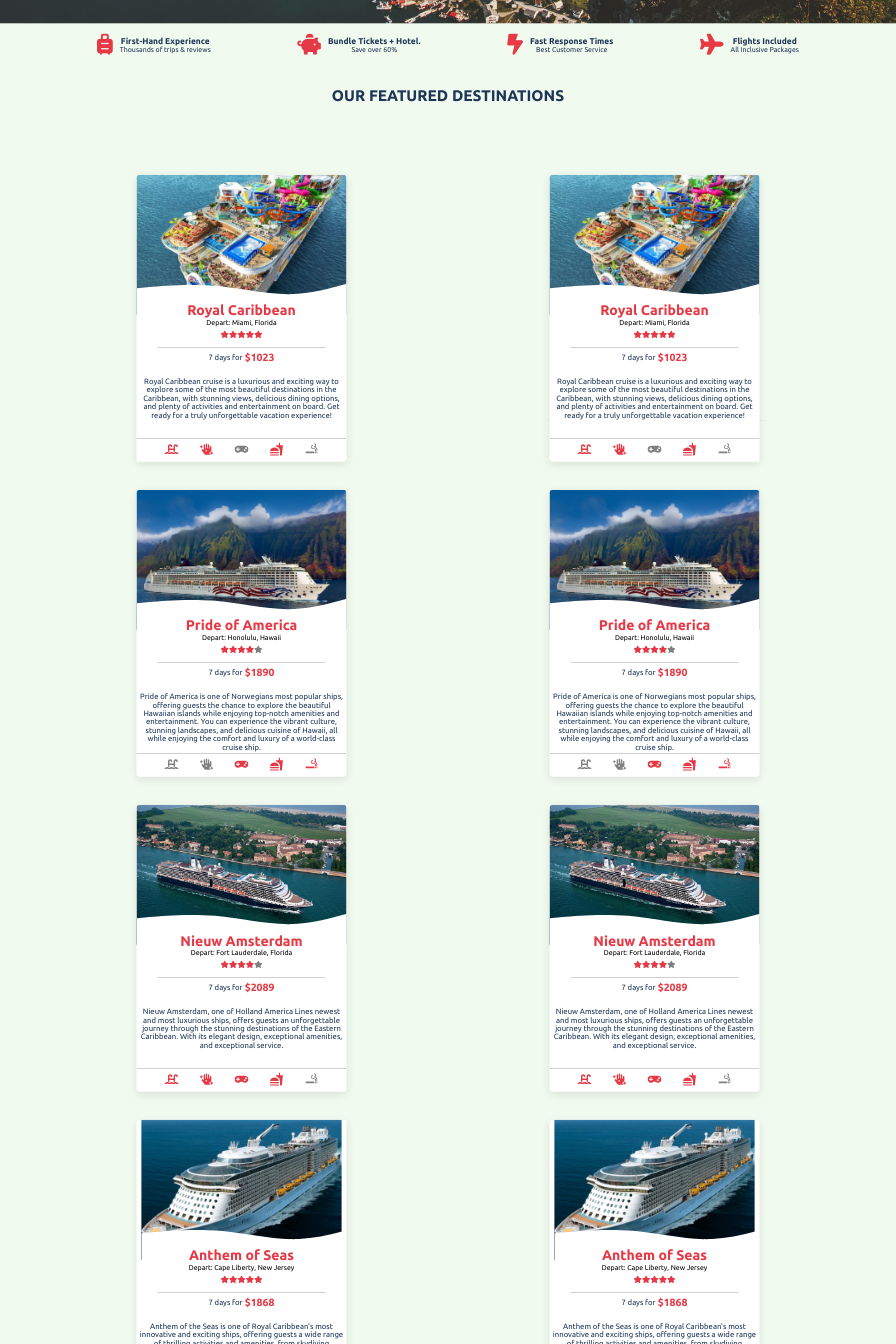
Repository: DevAntonioRogers/Tripper-react-site
Page: /
These files come from the project's save history. The page is drawn as it stood at one moment and after a run of saves; the edit follows.
The browser window is 1280 px wide. The pictures show the part of the page from y = 744 to 2664 px (the page is 6047 px tall before and 4137 px after), at 70% of full size.
Some web libraries are served in a nearby version. The project was rebuilt for these pictures with package versions that can differ from the ones it lists, and the page was loaded fresh each time. Also part of the build but not shown: src/components/Modals/SignupModal.js, src/components/HomeComponents/FeaturedDestinations/FeaturedCard.js, src/components/DestinationComponents/DestinationGrid/destinationGrid.css, src/components/DestinationComponents/DestinationGrid/Destination.js, src/components/DestinationComponents/DestinationGrid/DestinationList.js, src/components/DestinationComponents/DestinationsBottom/DestinationsBottom.css, src/components/DestinationComponents/DestinationsBottom/DestinationsBottom.js, src/Layout/DestinationsHero/DestinationsHero.module.css and 38 more.

Above is the page before, as saved 2023-05-16 11:43:07.

### src/App.css
@import url('https://fonts.googleapis.com/css2?family=Ubuntu:ital,wght@0,400;0,500;0,700;1,700&display=swap');

:root{

  /* Colors */
  --primary-color : #e63946;
  --primary-light: #f1faee;
  --primary-dark: #1d3557;

  --secondary-color: #457b9d;
  --secondary-light: #a8dadc;

  --white: #fff;
  --black: #000;

  /* Shadows */

  --textshadow-dark: 2px 4px 3px rgba(0,0,0,0.3);
  --textshadow-heavy: 1px 1px 2px rgba(0,0,0,0.6);

  --boxshadow-light: rgba(0, 0, 0, 0.1) 0px 4px 12px;
  --boxshadow-medium: rgba(0, 0, 0, 0.24) 0px 3px 8px;
  --boxshadow-dark: rgba(0, 0, 0, 0.25) 0px 54px 55px, rgba(0, 0, 0, 0.12) 0px -12px 30px, rgba(0, 0, 0, 0.12) 0px 4px 6px, rgba(0, 0, 0, 0.17) 0px 12px 13px, rgba(0, 0, 0, 0.09) 0px -3px 5px;


  /* Transitions */

  --transition-1: 0.3s ease-in;


  /* Padding */

  --button-padding: 0.5rem 2rem;

}

*
{
  padding: 0;
  margin: 0;
  box-sizing: border-box;
  font-family: 'Ubuntu', sans-serif;
  scroll-behavior: smooth;
}

body{
  background-color: #f1faee;
  height: 100%;
  overflow: hidden;
}

html{
  font-size: 62.5%;
  height: 100%;
}

a{
  text-decoration: none;
}



li{
  list-style: none;
}

.hero{
  width: 100%;
  height: 100vh;
  position: relative;
  object-fit: cover;
  z-index: 3;
}

.logo i {
  margin-right: 3px;
  color: #e63946;
}
.logo{
  font-size: 2.4rem;
  font-weight: 700;
  text-transform: uppercase;
  color: #457b9d;
  margin-right: auto;
}

.logo a:visited{
  color: inherit;
}

### src/components/Navbar/Navbar.css
.nav-container{
  display: flex;
  align-items: center;
  padding: 1.5rem 1rem;
  background-color: var(--primary-light);
  top: 0;
  left: 0;
  right: 0;
  z-index: 999999;
}

.mobile-icon{
  display: none;
}

.mobile-btn-container{
  display: none;
}

.nav-menu{
  display: flex;
  align-items: center;
  justify-content: space-between;
  flex: 2;


  /* gap: 5rem; */
}

.nav-menu ul{
  display: flex;
  align-items: center;
  margin: 0 auto;
}

.nav-link.active{
  color: var(--primary-color);
}

.nav-link{
  margin-left: 3rem;
  font-size: 1.5rem;
  color: var(--primary-dark);
}

.nav-menu i {
  margin-right: 3px;
}

.btn-container{
  display: flex;
  gap: 1rem;
  align-items: center;

}

.nav-btn-container{
  display: flex;
  gap: 1rem;
}

/* MEDIA QUERIES */

@media only screen and (max-width: 800px){
  .nav-menu{
    position: absolute;
    top: 5.7rem;
    flex-direction: column;
    width: 100%;
    background-color: var(--primary-light);
    height: 100vh;
    right: 100%;
    transition: all 0.3s ease-in-out;
    z-index: 9;
    justify-content: flex-start;
    gap: 5rem;
  }

  .nav-menu ul{
    flex-direction: column;
  }

  .nav-menu li{
    margin-top: 5rem;
  }


  .nav-link{
    margin-left: 0;
  }

  .nav-menu.active{
    right: 0;
  }

  .mobile-icon{
    display: block;
    font-size: 2rem;
  }

  .btn-container{
    display: none;
  }

  .mobile-btn-container{
    margin-top: 3rem;
    display: block;
    display: flex;
    gap: 3rem;
  }

  .form-text-area{
    grid-column: span 2;
  }


}

### src/components/HomeComponents/FeaturedDestinations/FeaturedList.js
import FeaturedCard from "./FeaturedCard"
import CruiseCards from "../../../Layout/CruisesCards/CruiseCards"
import { selectFeatured } from "../../../shared/Data"
import { motion, useAnimation, useInView } from "framer-motion"
import { useEffect, useRef } from "react"



const FeaturedList = () => {
  const featured = selectFeatured()
  const ref = useRef(null)
  const isInView = useInView(ref)
  const animation = useAnimation()

  useEffect(() => {
    if (isInView) {
      animation.start({
        x: 0,
        opacity: 1,
        transition: { type: 'spring', duration: 1, bounce: 0.2 }
      })
    }
    if (!isInView) {
      animation.start({
        x: '-100vw',
        opacity: 0
      })
    }
  })

  return (
    <div>


      <h1 className="featured-heading">Our Featured Destinations</h1>
      <div ref={ref} className="featured-container">

        {featured.map((featured) => {
          return (
            <motion.div
              animate={animation} className="card-featured-container" key={featured.id}>
              <CruiseCards firstCards={4} />
            </motion.div>
          )
        })}

      </div>
    </div>
  )

}

export default FeaturedList

### src/UI/Buttons/LoginBtn.css
.login-btn{
  background-color: #e63946;
  padding: 0.5rem 1.5rem;
  color: white;
  border-radius: 10px;
  font-size: 1.2rem;
  transition: 0.5s;
}

.login-btn:hover{
  transform: translateY(-1px);
  box-shadow: 0 14px 28px rgba(0,0,0,0.25)
}

### src/UI/Buttons/SignUpBtn.css
.signup-btn{
  background-color: #457b9d;
  padding: 0.5rem 1.5rem;
  color: white;
  border-radius: 10px;
  font-size: 1.2rem;
  transition: 0.5s;
}

.signup-btn:hover{
  transform: translateY(-1px);
  box-shadow: 0 14px 28px rgba(0,0,0,0.25)
}

### src/components/HomeComponents/BottomHero/BottomHero.css
.bottom-hero--container{
  display: flex;
  width: 100%;
  justify-content: space-evenly;
  align-items: center;
  background-color: #f1faee;
  padding: 1.5rem;
}

.bottom-hero--inner{
  display: flex;
}

.bottom-hero--text{
  display: flex;
  flex-direction: column;
  align-items: center;
  justify-content: center;
  color: #1d3557;
}

.bottom-hero--text p:nth-child(1){
  font-weight: 600;
  font-size: 1.2rem;
}

.bottom-hero--text p:nth-child(2){
  font-size: 1rem;
}


.bottom-hero--inner i {
  font-size: 3rem;
  margin-right: 1rem;
  color: #e63946;
}

@media only screen and (max-width: 700px){
  .bottom-hero--container{
    flex-direction: column;
    align-items: center;
  }

  .bottom-hero--text{
    flex-direction: row;
    align-items: flex-end;
    gap:0.5rem;
  }

  .bottom-hero--inner{
    padding: 2rem 0;
    box-shadow: 0px 35px 2px -34px rgba(0,0,0,0.84);
    width: 100%;
    align-items: center;
    justify-content: center;
  }

 .bottom-hero--inner i {
    font-size: 3rem;
    margin-right: 1rem;
    color: #e63946;
  }
}

@media only screen and (min-width:701px) and (max-width:800px){

}

### src/components/HomeComponents/Parallax Image/Parallex.css
 .parallax-container {
  width: 100%;
  height:75vh;
  background: url("../../../../src/assets/parallex.jpeg");
  background-size: cover;
  position: relative;
}

.parallax-mask{
    mask:url("../../../../src/assets/parallex-mask.png");
    mask-size: cover;
    -webkit-mask:url("../../../../src/assets/parallex-mask.png");
    -webkit-mask-size:cover;
    width:100%;
    height:100%;


}
.parallax-heading{
  font-size: 100px;
  color: white;
  position: fixed;
  text-transform: uppercase;
  top:20vh;
  width:100%;
  left: 50px;
  text-align: left;
  text-shadow: 1px 1px 10px rgba(0,0,0,0.1);
}


@media only screen and (max-width: 768px) {
  .parallax-heading{
    text-align: center;
    left: 10px;
  }
}

### src/components/HomeComponents/AppSection/AppSection.css
.app-section-container{
  display: flex;
  width: 100%;
  padding: 3rem;
  align-items: center;
  background-color: #f1faee;
  justify-content: space-around;
}

.app-details-container{
  display: flex;
  align-items: center;
  justify-content: center;
  width: 40%;
}

.app-section-container img{
  width: auto;
  height: 370px;
}

.app-section-inner{
  display: flex;
  flex-direction: column;
  align-items: center;
  text-align: center;
  gap: 1rem;
}

.app-section-inner i{
  background-color: #457b9d;
  box-shadow: rgba(0, 0, 0, 0.24) 0px 3px 8px;
  padding: 1.5rem 2rem;
  color: #e63946;
  font-size: 3rem;
  border-radius: 10px;
  text-shadow: 5px 5px 0px rgba(0,0,0,0.2);
}

.app-section-inner h3{
  font-size: 2rem;
  text-transform: uppercase;
}


.app-section-inner p{
  font-size: 1.2rem;
  margin-bottom: 1rem;
}


.app-badges-container img{
  height: 35px;
}

.app-badges-container{
  display: flex;
  gap: 1rem;
}

@media only screen and (max-width: 850px) {
  .app-section-container{
    flex-direction: column;
    gap: 4rem;
  }

  .app-details-container{
    width: 100%;
  }
}

@media only screen and (min-width:851px) and (max-width:990px) {
  .app-section-container{
    justify-content: space-between;
    padding: 0 6rem;
  }
}

### src/Layout/HomeHero/HomeHero.module.css
.hero__image{
  width: 100%;
  height: 100vh;
  position: relative;
  object-fit: cover;
  z-index: 3;
}

.hero_text_container{
  top: 30%;
  left: 3%;
  position: absolute;
  display: flex;
  flex-direction: column;
  gap: 1rem;
  z-index: 4;
}

.hero_text_container h1{
  font-size: 8rem;
  color: var(--primary-color);
  text-shadow: var(--textshadow-dark);
  padding: 0 2rem;
  border-radius: 10px 5px;
  text-transform: uppercase;
  transition: var(--transition-1)
}

.hero_text_container h1:hover{
  transform: translateY(-5px);
  cursor: pointer;
}

.hero_button_container{
  text-align: center;
  display: flex;
  align-items: center;
  justify-content: center;
  gap: 3rem;
}

.hero_button_container a {
  color: var(--white);
  font-size: 1.9rem;
}

.hero_button_container button:nth-child(1){
  background-color: var(--secondary-color);
  border-radius: 10px;
  border: none;
  box-shadow: var(--boxshadow-dark);
  padding: 0.5rem 2rem;
}

.hero_button_container button:nth-child(2){
  background-color: #e63946;
  border-radius: 10px;
  border: none;
  box-shadow: var(--boxshadow-dark);
  padding: 0.5rem 2rem
}

@media only screen and (max-width: 700px){


  .hero_text_container {
    text-align: center;
    left: 50%;
    top: 55%;
    transform: translate(-50%,-50%);
    gap: 4rem
  }

  .hero_text_container h1{
    margin-bottom: 2rem;
  }


  .hero_button_container{
    flex-direction: column;
    gap: 2.5rem;
  }
}

@media only screen and (min-width:701px) and (max-width:1015px){
  .hero_text_container h1{
    font-size: 5rem;
  }
}

### src/Layout/CruisesCards/CruisesCards.module.css
.card_container {
  margin: 4rem 0;
  /* padding: 3rem; */
  display: flex;
  flex-wrap: wrap;
  align-items: center;
  justify-content: center;
  gap: 4rem;
}

### src/components/Modals/Modals.css
.modal-overlay{
  position: fixed;
  top: 0;
  left: 0;
  width: 100%;
  height: 100%;
  background-color: rgb(0, 0, 0, 0.6);
  z-index: 9999;
}


.modal-container{
  width: 380px;
  height: 300px;
  left: 50%;
  top: 50%;
  transform: translate(-50%,-50%);
  background-color: white;
  position: fixed;
  overflow: hidden;
  border-radius: 10px;
  display: flex;
  flex-direction: column;
}

.modal-container h1{
  text-align: center;
  font-size: 2.2rem;
  text-transform: uppercase;
  color: #e63946;
  margin-top: 1rem;
}

.modal-inner{
  display: flex;
  padding: 3rem;
  flex-direction: column;
  align-items: center;
}


/*************** LOGIN MODAL STYLING ***********/

.login-modal-form{
  display: flex;
  flex-direction: column;
  gap: 3rem;
  width: 100%;
  align-items: center;
  margin-top: 4rem;
  padding-bottom: 2rem;
}
.login-modal-email,
.login-modal-password {
  width: 100%;
  display: flex;
  align-items: center;
  justify-content: center;
  gap: 0.5rem;
}

.login-modal-email input{
  width: 89%;
  background-color: transparent;
  border: none;
  border-bottom: 1px #457b9d solid;
}

.login-modal-password input{
  width: 89%;
  background-color: transparent;
  border: none;
  border-bottom: 1px #457b9d solid;
}

.login-modal-form button{
  background-color: #e63946;
  border: none;
  font-size: 1.2rem;
  border-radius: 10px;
  padding: 0.5rem 2.5rem;
  color: white;
  text-transform: uppercase;
  margin-bottom: 1rem;
  transition: 0.5s;
  cursor: pointer;
}

.login-modal-form button:hover{
  box-shadow: 0 14px 28px rgba(0,0,0,0.25)
}


/*************** SIGNUP MODAL STYLING ***********/

.signup-modal-form{
  display: flex;
  flex-direction: column;
  width: 100%;
  gap: 2.2rem;
  align-items: center;
}

.signup-modal-form div {
  display: flex;
  gap: 1rem
}

.signup-modal-form input{
  width: 89%;
  background-color: transparent;
  border: 1px solid #457b9d;
  padding: 0.3rem;
  border-radius: 20px;
}

.signup-modal-form input::placeholder {
  text-align: center;
}

.signup-modal-form input:focus {
  outline-color: #6f6f6f;
  border: none;
}

.signup-modal-form button{
  background-color: #e63946;
  border: none;
  font-size: 1.2rem;
  border-radius: 20px;
  padding: 0.5rem 1.7rem;
  color: white;
  text-transform: uppercase;
  margin-bottom: 2rem;
  cursor: pointer;
  transition: 0.5s;
}

.signup-modal-form button:hover{
  box-shadow: 0 14px 28px rgba(0,0,0,0.25)
}

### src/components/HomeComponents/FeaturedDestinations/FeaturedDestinations.css
.featured-container{
  display: flex;
  align-items: center;
  justify-content: space-between;
  padding: 3rem 5rem;
  background-color: #f1faee;
}

.featured-heading{
  background-color: #f1faee;
  text-align: center;
  font-size: 2.2rem;
  padding: 3rem 0;
  color: #1d3557;
  text-transform: uppercase;

}

.card{
  width: 300px;
  height: 410px;
  display: flex;
  background-color: white;
  flex-direction: column;
  overflow: hidden;
  border-radius: 5px;
  align-items: center;
  box-shadow: rgba(0, 0, 0, 0.1) 0px 4px 12px;
  transition: 0.5s;
  cursor: pointer;

}

.card:hover{
  transform: translateY(-10px);
  box-shadow: rgb(38, 57, 77) 0px 20px 30px -10px;
}



.card img{
  width: 100%;
}

.card-details{
  margin-top: 0.5rem;
  display: flex;
  flex-direction: column;
  align-items: center;
  gap: 3rem;
  border-bottom: 1px solid rgba(143, 143, 143, 0.322);
}

.card h3{
  font-size: 2.3rem;
  text-transform: uppercase;
  color: #1d3557;
}

.card-location{
  text-align: center;
}

.card-location span{
  color: grey;
}

.card-rating{
  margin-top: 1rem;
}

.card-rating i {
  font-size: 2rem;
  color: #e63946;
  margin-left: 1px;
}

.card-rating span {
  margin-left: 3px;
  font-size: 1.2rem;
  color: grey;
}

.card-location-pricing{
  margin-bottom: 0.5rem;
  display: flex;
  flex-direction: column;
  gap: 2rem
}
.location-info{
  margin-top: 1.5rem;
  color: #1d3557;
  text-align: center;
  padding: 0 2rem;
}


.card-pricing span:nth-child(2){
  color: #e63946;
  font-size: 1.5rem;
  font-weight: bold;
}
.card-pricing span{
  font-size: 1.3rem;
  color: #1d3557;
}

.card-tags{
  display: flex;
  gap: 1rem;
  justify-content: center;
  margin-top: 0.6rem;
}


.card-tags span:nth-child(1){
  background-color: #e63946;
  padding: 0.3rem 0.8rem;
  border-radius: 10px;
  color: white;
  text-shadow: 1px 1px 1px rgba(0,0,0,0.6);

}

.card-tags span:nth-child(2){
  background-color: #457b9d;
  padding: 0.3rem 0.8rem;
  border-radius: 10px;
  color: white;
  text-shadow: 1px 1px 1px rgba(0,0,0,0.6);

}

.card-tags span:nth-child(3){
  background-color: #a8dadc;
  padding: 0.3rem 0.8rem;
  border-radius: 10px;
  color: white;
  text-shadow: 1px 1px 1px rgba(0,0,0,0.6);


}

@media only screen and (min-width:700px) and (max-width:1300px) {
  .featured-container{
    display: grid;
    grid-template-columns: repeat(2, 1fr);
    grid-row-gap: 3rem;


  }

  .card-featured-container{
    display: flex;
    align-items: center;
    justify-content: center;
  }
}

@media only screen and (max-width: 720px) {
  .featured-container{
    display: grid;
    grid-template-columns: 1fr;
    grid-row-gap: 3rem;
    justify-items: center;

  }

  .card-featured-container{
    display: flex;
    align-items: center;
    justify-content: center;
  }
}

### src/components/HomeComponents/Newsletter/Newsletter.css
.newsletter-container{
  width: 50%;
  display: flex;
  flex-direction: column;
  background-color: #e63946;
  border-radius: 10px;
  padding: 6rem;
  box-shadow: rgba(0, 0, 0, 0.24) 0px 3px 8px;
  text-align: center;
  gap: 2rem 3rem;
}


.newsletter-form{
  display: flex;
  border-bottom: 2px solid #457b9d5f;
}

.newsletter-form i{
  font-size: 2rem;
  color: white;
  margin-bottom: 0.5rem;
}

.newsletter-form input{
  background: transparent;
  border: none;
  outline: none;
  width: 100%;
  margin-bottom: 0.5rem;

}

.newsletter-form input::placeholder{
  text-align: center;
  color: white;
}

.newsletter-form button{
  background-color: #457b9d;
  margin-top: 2rem;
  border: none;
  padding: 0.5rem 1.5rem;
  border-radius: 5px;
  color: white;
  box-shadow: rgba(0, 0, 0, 0.24) 0px 3px 8px;
  cursor: pointer;

}

.newsletter-container h1{
  color: aliceblue;
  font-size: 3rem;
  text-shadow: 2px 3px 5px rgba(0,0,0,0.5);

}

.newsletter-container h3{
  color: white;
  text-transform: uppercase;
  font-size: 1.5rem;
  text-shadow: 2px 3px 5px rgba(0,0,0,0.5);

}

@media only screen and (max-width: 850px){
  .newsletter-container{
    width: 100%;
  }
}

### src/components/Hero/Hero.module.css
.hero__container{
  height: 100vh;
  overflow: hidden;
}

### src/UI/Card/Card.module.css
.card{
  width: 300px;
  height: 410px;
  display: flex;
  background-color: white;
  flex-direction: column;
  overflow: hidden;
  border-radius: 5px;
  align-items: center;
  box-shadow: rgba(0, 0, 0, 0.1) 0px 4px 12px;
  transition: 0.5s;
  cursor: pointer;
}

.card:hover{
  transform: translateY(-10px);
  box-shadow: rgb(38, 57, 77) 0px 20px 30px -10px;
}

### src/UI/Card/CardItem.module.css
.card_image{
  width: 100%;
  height: 200px;

  object-fit: cover;
  position: relative;



}

.image_box{
  position: relative;
}

.image_box:after{
  content: '';
  position: absolute;
  bottom: 0;
  left: 0;
  width: 100%;
  height: 100px;
  background-image: url(/src/assets/waves.svg);
  background-size: cover;
}



.card_title{
  margin-top: -2rem;
  z-index: 3;
  color: var(--primary-color);
  text-align: center;
  border-bottom: 1px solid rgb(189, 189, 189);
  width: 80%;
}

.card_title h1 {
  white-space: nowrap;
}

.card_title span{
  color: black;
  margin-top: 2rem
}

.card_title div{
  margin-top: 0.5rem;
  font-size: 1.2rem;
  margin-bottom: 1rem;
}

.card_details{
  display: flex;
  gap: 2rem;
  flex-direction: column;
  align-items: center;
  text-align: center;
  padding: 0.45rem;
  font-size: 1.1rem;
  color: var(--primary-dark);
  min-height: 130px;
  max-height: 130px;
  overflow: hidden;
  border-bottom: 1px solid rgb(189, 189, 189);
}

.card_price {
  display: flex;
  gap: 0.2rem;
  align-items: center;
}

.card_price div{
  margin-top: 0.2rem;
  margin-right: 0.1rem;
}

.card_price span {
  color: var(--primary-color);
  font-size: 1.5rem;
  font-weight: bold;
}

.card_tags{
  display: flex;
  font-size: 2rem;
  align-items: center;
  justify-content: center;
  min-height: 30px;

}

.card_tags div {
  display: flex;
  gap: 3rem;

}

Loaded but not shown: public/index.html (common file); src/index.js (common file); src/Layout/CruisesCards/CruiseCardData.js (156 lines, source omitted); src/Layout/CruisesCards/CruiseCards.js (122 lines, source omitted); src/components/Footer/Footer.js (76 lines, source omitted); src/components/HomeComponents/FeaturedDestinations/FeaturedData.js (75 lines, source omitted); src/components/HomeComponents/BottomHero/BottomHero.js (64 lines, source omitted); src/components/Navbar/Navbar.js (70 lines, source omitted); src/shared/Animations.js (49 lines, source omitted); src/components/HomeComponents/AppSection/AppSection.js (57 lines, source omitted); src/components/DestinationComponents/DestinationGrid/DestinationData.js (63 lines, source omitted); src/App.js (51 lines, source omitted); src/components/Modals/LoginModal.js (35 lines, source omitted); src/Layout/HomeHero/HomeHero.js (34 lines, source omitted); src/components/HomeComponents/Newsletter/Newsletter.js (33 lines, source omitted); src/UI/Card/CardItem.js (31 lines, source omitted); src/pages/Home.js (22 lines, source omitted); src/components/Navbar/NavbarMenuItems.js (37 lines, source omitted); src/UI/Buttons/SignUpBtn.js (18 lines, source omitted); src/UI/Buttons/LoginBtn.js (18 lines, source omitted); src/shared/Data.js (11 lines, source omitted); src/components/HomeComponents/Parallax Image/Parallex.js (19 lines, source omitted); src/components/Hero/Hero.js (9 lines, source omitted); src/UI/Card/Card.js (9 lines, source omitted); src/components/Footer/Footer.css (287 lines, source omitted)

After the next 2 saves:
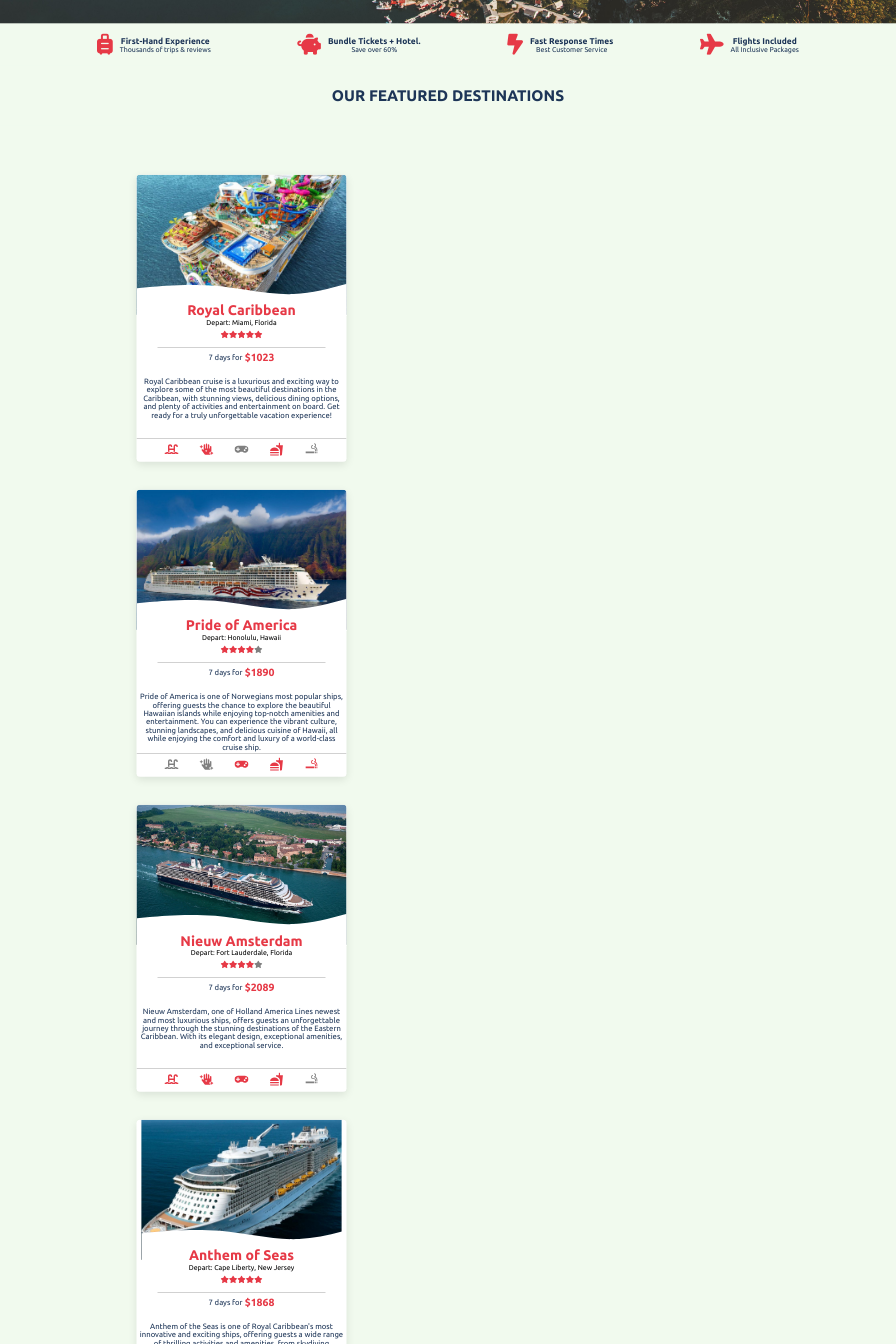
The 2 saves are shown as one change because 1 did not build or start.
The last was saved 62 s later.
--- a/src/components/HomeComponents/FeaturedDestinations/FeaturedList.js
+++ b/src/components/HomeComponents/FeaturedDestinations/FeaturedList.js
@@ -35,14 +35,14 @@
       <h1 className="featured-heading">Our Featured Destinations</h1>
       <div ref={ref} className="featured-container">
 
-        {featured.map((featured) => {
-          return (
-            <motion.div
-              animate={animation} className="card-featured-container" key={featured.id}>
-              <CruiseCards firstCards={4} />
-            </motion.div>
-          )
-        })}
+
+
+        <motion.div
+          animate={animation} className="card-featured-container" key={featured.id}>
+          <CruiseCards firstCards={4} />
+        </motion.div>
+
+
 
       </div>
     </div>
